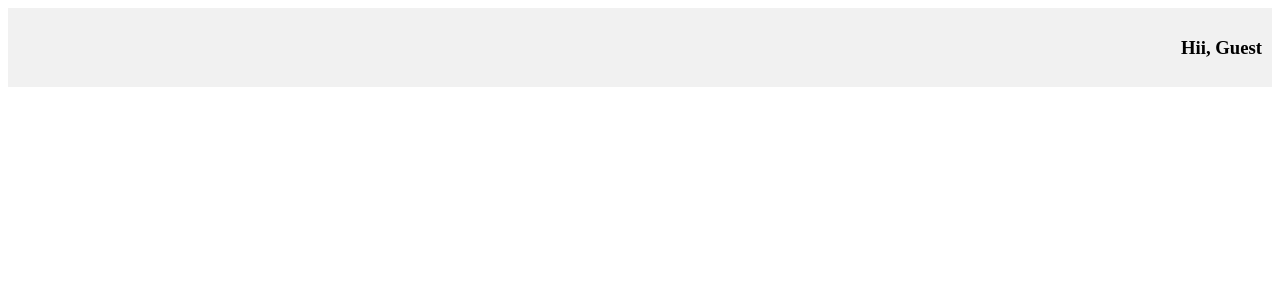
Repository: TraptiBhagat/AdvanceJava
Page: http://localhost/Proj_Maven/Header.jsp
The author's editor kept a copy of each file at every save. The page is drawn from the files as they stood at one save, then again after the next save.
The browser window is 1280 px wide. The pictures show the whole page.
The page is served by Tomcat 9. Other server files are loaded and not shown.

Above is the page before, as saved 2022-03-23 15:06:03.

### Proj_Maven/src/main/webapp/Header.jsp
<%@page import="in.co.rays.bean.UserBean"%>
<%@ page language="java" contentType="text/html; charset=ISO-8859-1"
	pageEncoding="ISO-8859-1"%>
<!DOCTYPE html>
<html>
<head>
<meta charset="ISO-8859-1">
<style>
* {
	box-sizing: border-box;
}

.header {
	Display: flex;
	background-color: #f1f1f1;
	padding: 10px 10px;
	justify-content: flex-end;
}

.header Account{
align-content: center;
	color: black;
	text-align: center;
	padding: 12px;
	text-decoration: none;
	font-size: 18px;
	line-height: 25px;
	border-radius: 4px;
	color: black;
}

.header a {
	align-content: center;
	color: black;
	text-align: center;
	padding: 12px;
	text-decoration: none;
	font-size: 18px;
	line-height: 25px;
	border-radius: 4px;
	color: black;
}

.header a:hover {
	background-color: #ddd;
	color: black;
}
</style>
<title>Header page</title>
</head>
<body>



	<div class="header">

		<%
			UserBean user = (UserBean) session.getAttribute("user");
			if (user != null) {
		%>

		<div class="Account">
		Hi,<%=user.getName()%>
		</div>
		<div class="header">

			<a href="">Home |</a> <a href="">Sign Up |</a> <a href="">About |</a>
			<a href="Logout.jsp">Logout</a>
		</div>

		<%
			} else {
		%>
		<h3>Hii, Guest</h3>
		<%
			}
		%>


	</div>


</body>
</html>

After the next save:
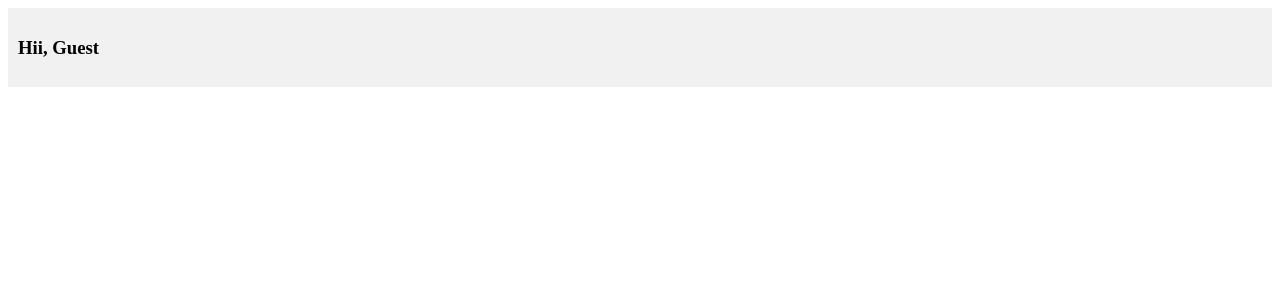
Saved 17 h 24 min later.
--- a/Proj_Maven/src/main/webapp/Header.jsp
+++ b/Proj_Maven/src/main/webapp/Header.jsp
@@ -14,7 +14,7 @@
 	Display: flex;
 	background-color: #f1f1f1;
 	padding: 10px 10px;
-	justify-content: flex-end;
+	justify-content: ;
 }
 
 .header Account{
